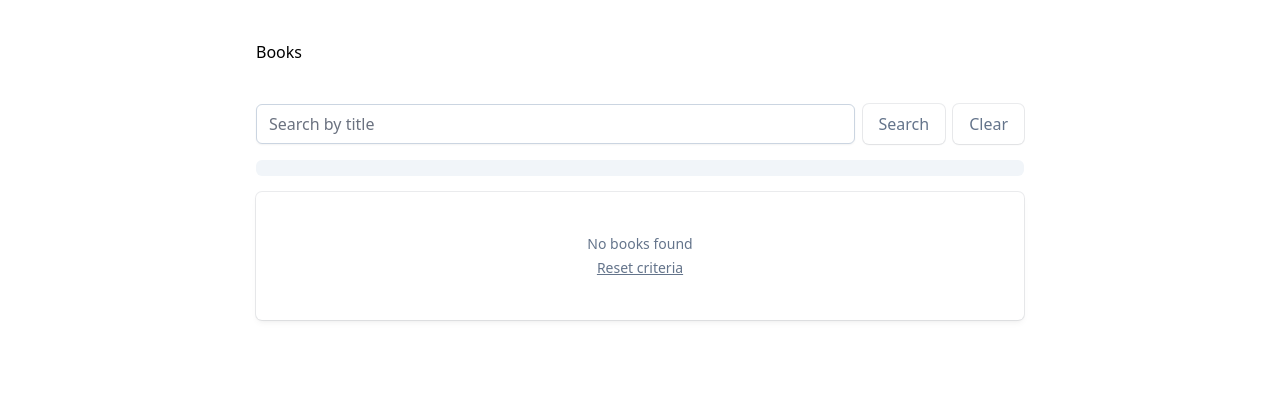
Repository: Haakim19/Laravel-Learn
Page: http://localhost/books
The author's editor kept a copy of each file at every save. The page is drawn from the files as they stood at one save, then again after a run of saves.
The browser window is 1280 px wide. The pictures show the whole page.
Some web libraries are served in a nearby version. The page is served by the project's Laravel application, run on PHP 8.4 with Laravel 12. Other server files are loaded and not shown. Queries for data that is not in the repository find no rows.

Above is the page before, as saved 2025-02-08 10:48:34.

### Book-Reviews/routes/web.php
<?php

use App\Http\Controllers\BookController;
use Illuminate\Support\Facades\Route;

Route::get('/', function () {
    return view('welcome');
});

Route::resource('books', BookController::class);

### Book-Reviews/app/Http/Controllers/BookController.php
<?php

namespace App\Http\Controllers;

use Illuminate\Http\Request;
use App\Models\Book;
use Illuminate\Contracts\View\View;

class BookController extends Controller
{
    /**
     * Display a listing of the resource.
     */
    public function index(Request $request)
    {
        $title = $request->input('title');

        $books = Book::when(
            $title,
            fn($query, $title) => $query->title($title)
        )
            ->get();
        return View('books.index', ['books' => $books]);
    }

    /**
     * Show the form for creating a new resource.
     */
    public function create()
    {
        //
    }

    /**
     * Store a newly created resource in storage.
     */
    public function store(Request $request)
    {
        //
    }

    /**
     * Display the specified resource.
     */
    public function show(string $id)
    {
        //
    }

    /**
     * Show the form for editing the specified resource.
     */
    public function edit(string $id)
    {
        //
    }

    /**
     * Update the specified resource in storage.
     */
    public function update(Request $request, string $id)
    {
        //
    }

    /**
     * Remove the specified resource from storage.
     */
    public function destroy(string $id)
    {
        //
    }
}

### Book-Reviews/app/Models/Book.php
<?php

namespace App\Models;

use Illuminate\Database\Eloquent\Model;
use Illuminate\Database\Eloquent\Factories\HasFactory;
use Illuminate\Database\Eloquent\Builder;
use Illuminate\Database\Query\Builder as QueryBuilder;

class Book extends Model
{
    use HasFactory;
    public function reviews()
    {
        return $this->hasMany(Reviews::class);
    }
    //fillter the books with the title
    public function scopeTitle(Builder $query, string $title): Builder|QueryBuilder
    {
        return $query->where('title', 'LIKE', '%' . $title . '%');
    }
    //the books with the highest number of reviews
    public function scopePopular(Builder $query, $from = null, $to = null): Builder|QueryBuilder
    {
        return $query->withCount([
            'reviews' => fn(Builder $q) => $this->dateRangeFillter($q, $from, $to)
        ])
            ->orderBy('reviews_count', 'desc');
        // ->limit(5);
    }
    //the books with the highest rating
    public function scopeHighestRated(Builder $query, $from = null, $to = null): Builder|QueryBuilder
    {
        return $query->withAvg([
            'reviews' => fn(Builder $q) => $this->dateRangeFillter($q, $from, $to)
        ], 'rating')
            ->orderBy('reviews_avg_rating', 'desc');
    }
    //the books with minimum reviews
    public function scopeMinReviews(Builder $query, int $minReviews): Builder|QueryBuilder
    {
        return $query->having('reviews_count', '>=', $minReviews);
    }
    //the books with maximum reviews
    public function scopeMaxReviews(Builder $query, int $maxReviews): Builder|QueryBuilder
    {
        return $query->having('reviews_count', '<=', $maxReviews);
    }
    //fillter the books with the date range
    private function dateRangeFillter(Builder $query, $from = null, $to = null)
    {
        if ($from && !$to) {
            $query->where('created_at', '>=', $from);
        } elseif (!$from && $to) {
            $query->where('created_at', '<=', $to);
        } elseif ($from && $to) {
            $query->whereBetween('created_at', [$from, $to]);
        }
    }
}

### Book-Reviews/resources/views/books/index.blade.php
@extends('layouts.app')

@section('content')
    <h1 class = "mb-10 text-2x2">Books</h1>

    <form action="{{ route('books.index') }}" method="GET" class="mb-4 flex space-x-2">
        <input type="text" name="title" placeholder="Search by title" value="{{ request('title') }}" class="input h-10">
        <button type="submit" class = "btn h-10">Search</button>
        <a href="{{ route('books.index') }}" class="btn h-10">Clear</a>
    </form>
    <div class="filter-container mb-4 flex">
        @php
            $filters = [
                '' => 'Latest',
                'populer_last_month' => 'Most Popular Last Month',
                'populer_last_6months' => 'Most Popular Last 6 Months',
                'highest_rated_last_month' => 'Highest Rated Last Month',
                'highest_rated_last_6months' => 'Highest Rated Last 6 Months',

            ];
        @endphp
        @foreach ($filters as $key=>$label)

        @endforeach
    </div>
    <ul>
        @forelse ($books as $book)
            <li class="mb-4">
                <div class="book-item">
                    <div class="flex flex-wrap items-center justify-between">
                        <div class="w-full flex-grow sm:w-auto">
                            <a href="{{ route('books.show', $book) }}" class="book-title">{{ $book->title }}</a>
                            <span class="book-author">by {{ $book->author }}</span>
                        </div>
                        <div>
                            <div class="book-rating">
                                {{ number_format($book->reviews_avg_rating, 1) }}
                            </div>
                            <div class="book-review-count">
                                out of {{ $book->reviews_count }} {{ Str::plural('review', $book->reviews_count) }}
                            </div>
                        </div>
                    </div>
                </div>
            </li>

        @empty
            <li class="mb-4">
                <div class="empty-book-item">
                    <p class="empty-text">No books found</p>
                    <a href=" {{ route('books.index') }}" class="reset-link">Reset criteria</a>
                </div>
            </li>
        @endforelse
    </ul>
@endsection

### Book-Reviews/resources/views/layouts/app.blade.php
<!DOCTYPE html>
<html lang="en">

<head>
    <meta charset="UTF-8">
    <title>Book Reviews</title>
    <script src="https://cdn.tailwindcss.com?plugins=forms,typography,aspect-ratio"></script>

    {{-- blade-formatter-disable --}}
  <style type="text/tailwindcss">
    .btn {
      @apply bg-white rounded-md px-4 py-2 text-center font-medium text-slate-500 shadow-sm ring-1 ring-slate-700/10 hover:bg-slate-50 h-10;
    }

    .input {
      @apply shadow-sm appearance-none border w-full py-2 px-3 text-slate-700 leading-tight focus:outline-none rounded-md border-slate-300;
    }

    .filter-container {
      @apply mb-4 flex space-x-2 rounded-md bg-slate-100 p-2;
    }

    .filter-item {
      @apply flex w-full items-center justify-center rounded-md px-4 py-2 text-center text-sm font-medium text-slate-500;
    }

    .filter-item-active {
      @apply bg-white shadow-sm text-slate-800 flex w-full items-center justify-center rounded-md px-4 py-2 text-center text-sm font-medium;
    }

    .book-item {
      @apply text-sm rounded-md bg-white p-4 leading-6 text-slate-900 shadow-md shadow-black/5 ring-1 ring-slate-700/10;
    }

    .book-title {
      @apply text-lg font-semibold text-slate-800 hover:text-slate-600;
    }

    .book-author {
      @apply block text-slate-600;
    }

    .book-rating {
      @apply text-sm font-medium text-slate-700;
    }

    .book-review-count {
      @apply text-xs text-slate-500;
    }

    .empty-book-item {
      @apply text-sm rounded-md bg-white py-10 px-4 text-center leading-6 text-slate-900 shadow-md shadow-black/5 ring-1 ring-slate-700/10;
    }

    .empty-text {
      @apply font-medium text-slate-500;
    }

    .reset-link {
      @apply text-slate-500 underline;
    }
  </style>
  {{-- blade-formatter-enable --}}
</head>

<body class="container mx-auto mt-10 mb-10 max-w-3xl">
    @yield('content')
</body>

</html>

Loaded but not shown: Book-Reviews/app/Providers/AppServiceProvider.php (common file); Book-Reviews/app/Http/Controllers/Controller.php (common file)

After the next 2 saves:
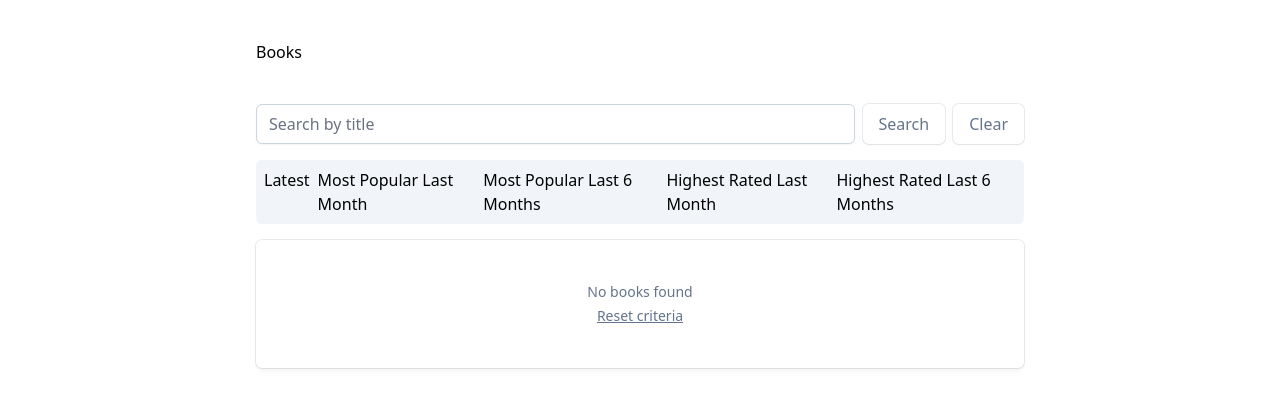
The 2 saves are shown as one change because 1 did not build or start.
The last was saved 34 s later.
--- a/Book-Reviews/resources/views/books/index.blade.php
+++ b/Book-Reviews/resources/views/books/index.blade.php
@@ -20,6 +20,9 @@
             ];
         @endphp
         @foreach ($filters as $key=>$label)
+            <a href="#">
+                {{ $label }}
+            </a>
 
         @endforeach
     </div>
